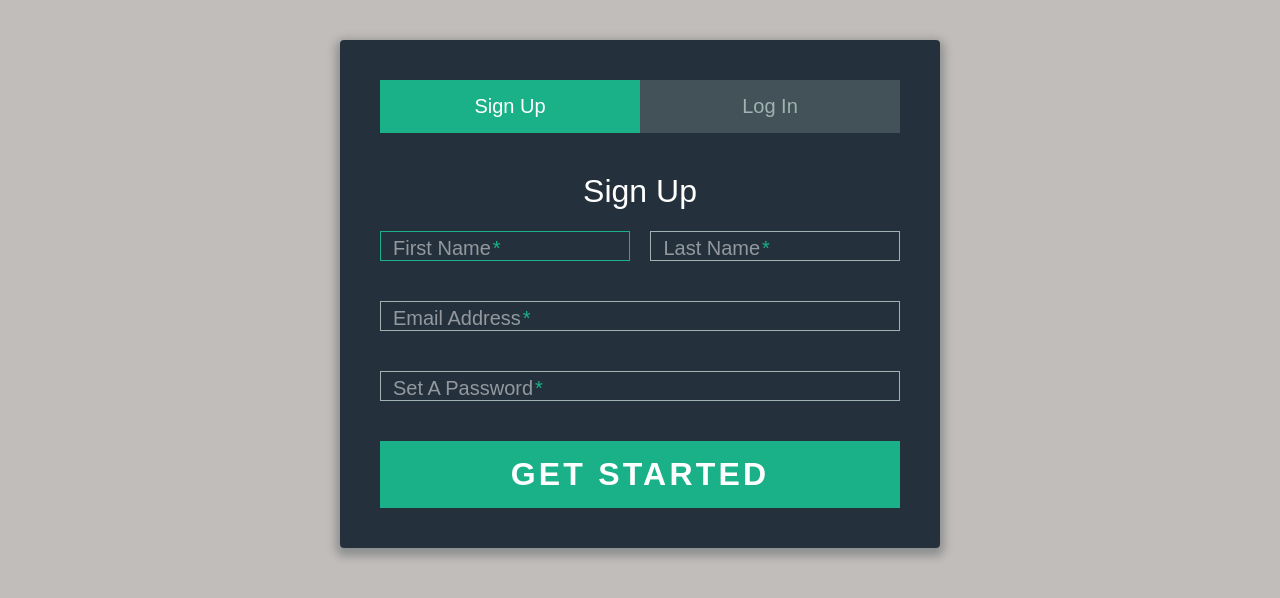
Repository: Hossam-Ali-zz/Employee-System
Page: http://localhost/Employee/login.jsp?lang=en
These files come from the project's save history. The page is drawn as it stood at one moment and after the next save; the edit follows.
The browser window is 1280 px wide. The pictures show the whole page.
The first visible `input` has the focus.
Some web fonts or font styles are not loaded; a fallback is used. Some web libraries are served in a nearby version. The page is served by Tomcat 9. Nobody is signed in. The application's start-up code is not run. Other server files are loaded and not shown.

Above is the page before, as saved 2017-04-03 11:33:03.

### Employee/WebContent/login.jsp
<!DOCTYPE html>
<html>
<head>
<style>
*, *:before, *:after {
	box-sizing: border-box;
}

html {
	overflow-y: scroll;
}

body {
	background: #c1bdba;
	font-family: 'Titillium Web', sans-serif;
}

a {
	text-decoration: none;
	color: #1ab188;
	-webkit-transition: .5s ease;
	transition: .5s ease;
}

a:hover {
	color: #179b77;
}

.form {
	background: rgba(19, 35, 47, 0.9);
	padding: 40px;
	max-width: 600px;
	margin: 40px auto;
	border-radius: 4px;
	box-shadow: 0 4px 10px 4px rgba(19, 35, 47, 0.3);
}

.tab-group {
	list-style: none;
	padding: 0;
	margin: 0 0 40px 0;
}

.tab-group:after {
	content: "";
	display: table;
	clear: both;
}

.tab-group li a {
	display: block;
	text-decoration: none;
	padding: 15px;
	background: rgba(160, 179, 176, 0.25);
	color: #a0b3b0;
	font-size: 20px;
	float: left;
	width: 50%;
	text-align: center;
	cursor: pointer;
	-webkit-transition: .5s ease;
	transition: .5s ease;
}

.tab-group li a:hover {
	background: #179b77;
	color: #ffffff;
}

.tab-group .active a {
	background: #1ab188;
	color: #ffffff;
}

.tab-content>div:last-child {
	display: none;
}

h1 {
	text-align: center;
	color: #ffffff;
	font-weight: 300;
	margin: 0 0 40px;
}

label {
	position: absolute;
	-webkit-transform: translateY(6px);
	transform: translateY(6px);
	left: 13px;
	color: rgba(255, 255, 255, 0.5);
	-webkit-transition: all 0.25s ease;
	transition: all 0.25s ease;
	-webkit-backface-visibility: hidden;
	pointer-events: none;
	font-size: 20px;
}

label .req {
	margin: 2px;
	color: #1ab188;
}

label.active {
	-webkit-transform: translateY(50px);
	transform: translateY(50px);
	left: 2px;
	font-size: 14px;
}

label.active .req {
	opacity: 0;
}

label.highlight {
	color: #ffffff;
}

input, textarea {
	font-size: 20px;
	display: block;
	width: 100%;
	height: 100%;
	padding: 5px 10px;
	background: none;
	background-image: none;
	border: 1px solid #a0b3b0;
	color: #ffffff;
	border-radius: 0;
	-webkit-transition: border-color .25s ease, box-shadow .25s ease;
	transition: border-color .25s ease, box-shadow .25s ease;
}

input:focus, textarea:focus {
	outline: 0;
	border-color: #1ab188;
}

textarea {
	border: 2px solid #a0b3b0;
	resize: vertical;
}

.field-wrap {
	position: relative;
	margin-bottom: 40px;
}

.top-row:after {
	content: "";
	display: table;
	clear: both;
}

.top-row>div {
	float: left;
	width: 48%;
	margin-right: 4%;
}

.top-row>div:last-child {
	margin: 0;
}

.button {
	border: 0;
	outline: none;
	border-radius: 0;
	padding: 15px 0;
	font-size: 2rem;
	font-weight: 600;
	text-transform: uppercase;
	letter-spacing: .1em;
	background: #1ab188;
	color: #ffffff;
	-webkit-transition: all 0.5s ease;
	transition: all 0.5s ease;
	-webkit-appearance: none;
}

.button:hover, .button:focus {
	background: #179b77;
}

.button-block {
	display: block;
	width: 100%;
}

.forgot {
	margin-top: -20px;
	text-align: right;
}
</style>
<meta charset="UTF-8">
<title>Login</title>
<link
	href='http://fonts.googleapis.com/css?family=Titillium+Web:400,300,600'
	rel='stylesheet' type='text/css'>
<link rel="stylesheet"
	href="https://cdnjs.cloudflare.com/ajax/libs/normalize/5.0.0/normalize.min.css">
<link rel="stylesheet"
	href="file:///C:\Users\hali\Desktop\Projects\Employee\css\style.css">
</head>
<body>
	<div class="form">
		<ul class="tab-group">
			<li class="tab active"><a href="#signup">Sign Up</a></li>
			<li class="tab"><a href="#login">Log In</a></li>
		</ul>
		<div class="tab-content">
			<div id="signup">
				<h1>Sign Up</h1>
				<form action="/" method="post">
					<div class="top-row">
						<div class="field-wrap">
							<label> First Name<span class="req">*</span>
							</label> <input type="text" required autocomplete="off" />
						</div>
						<div class="field-wrap">
							<label> Last Name<span class="req">*</span>
							</label> <input type="text" required autocomplete="off" />
						</div>
					</div>
					<div class="field-wrap">
						<label> Email Address<span class="req">*</span>
						</label> <input type="email" required autocomplete="off" />
					</div>
					<div class="field-wrap">
						<label> Set A Password<span class="req">*</span>
						</label> <input type="password" required autocomplete="off" />
					</div>
					<button type="submit" class="button button-block">Get
						Started</button>
				</form>
			</div>
			<div id="login">
				<h1>Welcome Back!</h1>
				<form action="/" method="post">
					<div class="field-wrap">
						<label> Email Address<span class="req">*</span>
						</label> <input type="email" required autocomplete="off" />
					</div>
					<div class="field-wrap">
						<label> Password<span class="req">*</span>
						</label> <input type="password" required autocomplete="off" />
					</div>
					<button class="button button-block">Log In</button>
				</form>
			</div>
		</div>
	</div>
	<script
		src='http://cdnjs.cloudflare.com/ajax/libs/jquery/2.1.3/jquery.min.js'>
	</script>
	<script>
		$('.form').find('input, textarea').on('keyup blur focus', function(e) {
			var $this = $(this), label = $this.prev('label');
			if (e.type === 'keyup') {
				if ($this.val() === '')
					label.removeClass('active highlight');
				else
					label.addClass('active highlight');
			} else if (e.type === 'blur') {
				if ($this.val() === '')
					label.removeClass('active highlight');
				else
					label.removeClass('highlight');
			} else if (e.type === 'focus') {
				if ($this.val() === '')
					label.removeClass('highlight');
				else if ($this.val() !== '')
					label.addClass('highlight');
			}
		});
		$('.tab a').on('click', function(e) {
			e.preventDefault();
			$(this).parent().addClass('active');
			$(this).parent().siblings().removeClass('active');
			target = $(this).attr('href');
			$('.tab-content > div').not(target).hide();
			$(target).fadeIn(600);
		});
	</script>
</body>
</html>

After the next save:
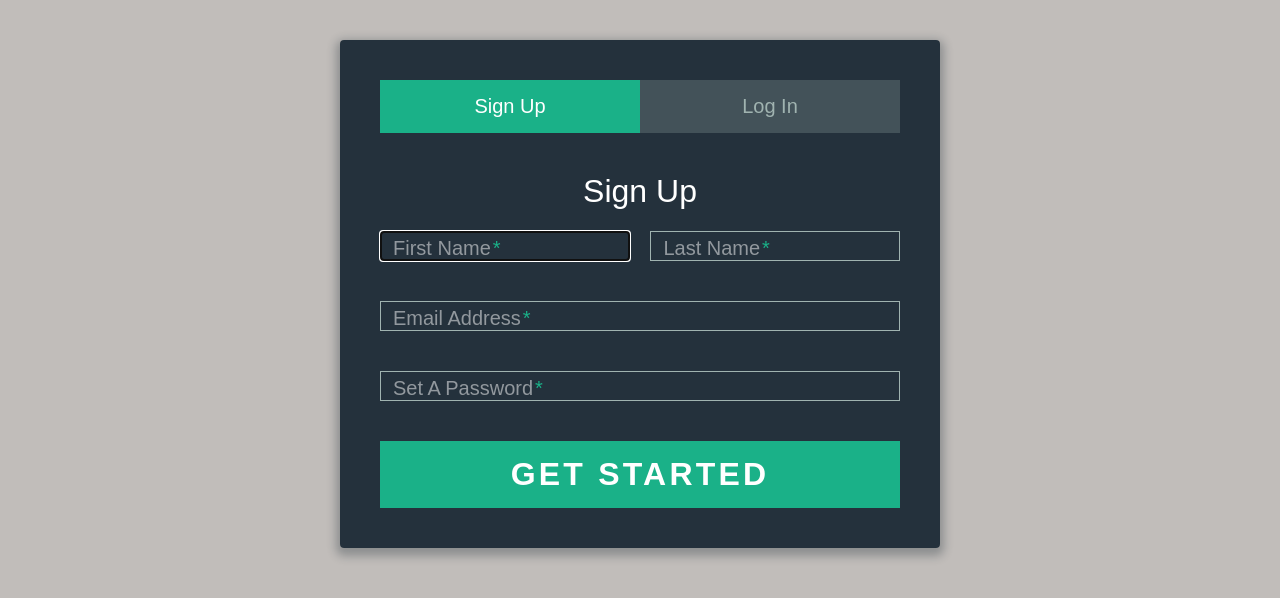
Saved 97 s later.
--- a/Employee/WebContent/login.jsp
+++ b/Employee/WebContent/login.jsp
@@ -131,10 +131,6 @@
 	transition: border-color .25s ease, box-shadow .25s ease;
 }
 
-input:focus, textarea:focus {
-	outline: 0;
-	border-color: #1ab188;
-}
 
 textarea {
 	border: 2px solid #a0b3b0;

After the save that followed:
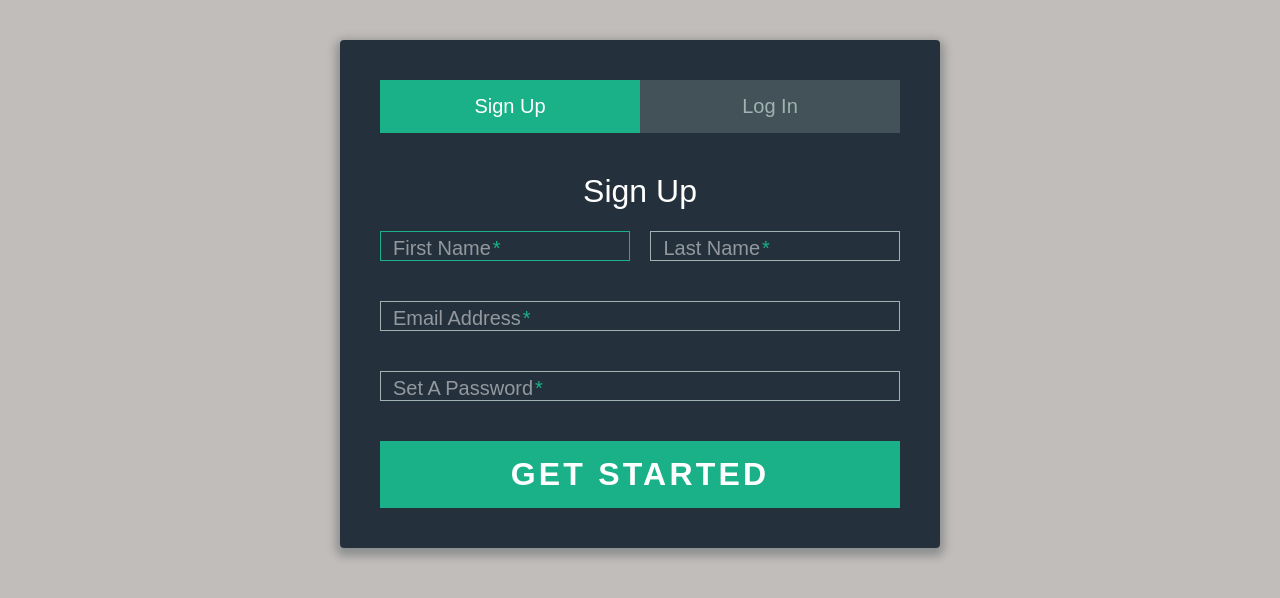
Saved 7 s later.
--- a/Employee/WebContent/login.jsp
+++ b/Employee/WebContent/login.jsp
@@ -131,6 +131,10 @@
 	transition: border-color .25s ease, box-shadow .25s ease;
 }
 
+input:focus, textarea:focus {
+	outline: 0;
+	border-color: #1ab188;
+}
 
 textarea {
 	border: 2px solid #a0b3b0;
